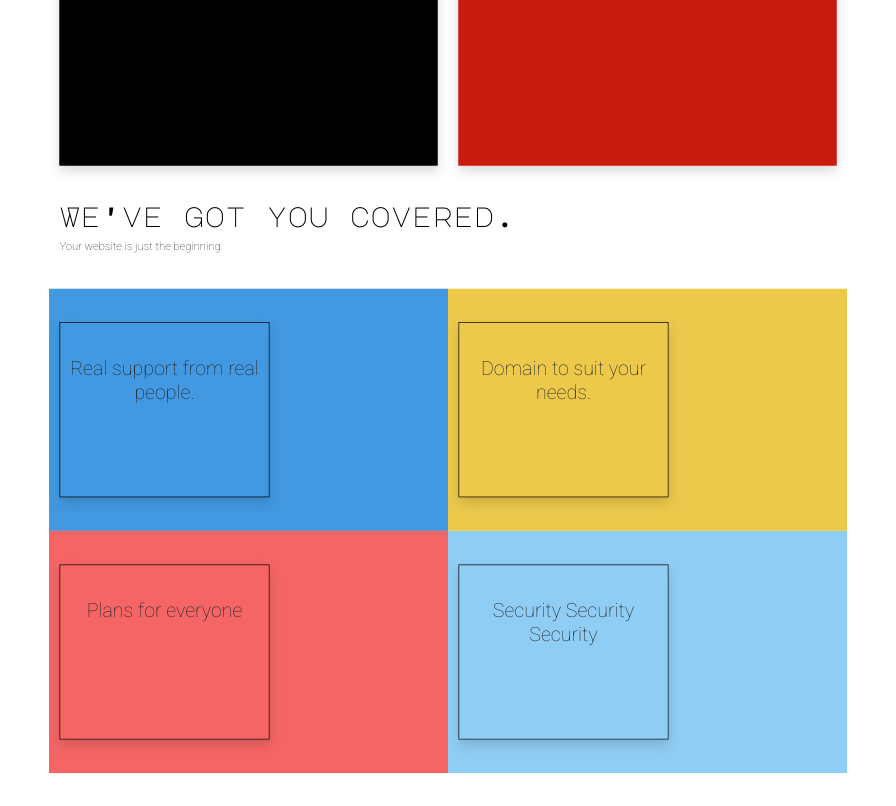
Repository: latenightsnacc/TriSpace
Page: home.html
These files come from the project's save history. The page is drawn as it stood at one moment and after the next save; the edit follows.
The browser window is 1280 px wide. The pictures show the part of the page from y = 2969 to 4889 px (the page is 4121 px tall before and 4889 px after), at 70% of full size.
The style sheet was rebuilt from its Sass, Less or Tailwind sources for each picture, by a compiler version that may differ from the author's.

Above is the page before, as saved 2020-11-20 10:08:09.

### home.html
<!DOCTYPE html>
<html lang="en">
<head>
    <meta charset="UTF-8">
    <meta name="viewport" content="width=device-width, initial-scale=1.0">
    <!--Tailwind CDN-->
    <link rel="stylesheet" href="https://cdnjs.cloudflare.com/ajax/libs/tailwindcss/1.9.6/base.min.css" integrity="sha512-hEjkvMSM0ql6VJcNK0gTmjt9ar8F2yHeBUbJKtyvQhkkbGMhiJ4+MaiB8XxsthLAHJx5vy2I9dN0un8HiWG2LA==" crossorigin="anonymous" />
    <link rel="stylesheet" href="https://cdnjs.cloudflare.com/ajax/libs/tailwindcss/1.9.6/components.min.css" integrity="sha512-TizAONqhvXjEfRPhptSUkZNVU497PzAnXNGNUoeOjeni4dHpJ+ak+ZsyoGna20LH/yg1PvdufN1VbnVQeVDftg==" crossorigin="anonymous" />
    <link rel="stylesheet" href="https://cdnjs.cloudflare.com/ajax/libs/tailwindcss/1.9.6/tailwind.css" integrity="sha512-HY1FOTeAX9idUBWDhVDrBg8QUHBisKVQ4BCVj1jFo5z76mk87w4Rr5YGP8nBkcGmoMzqYvdeXHMOg/olF45z3g==" crossorigin="anonymous" />
    <link rel="stylesheet" href="https://cdnjs.cloudflare.com/ajax/libs/tailwindcss/1.9.6/utilities.min.css" integrity="sha512-0QJfuLKyYJWGB5hKArJW67xqMLDlR8YaLM/ZuW2mRn4NRwHNsGm7UuREc5Fu7jONHyewPKnGODY0N8G+FQbfxg==" crossorigin="anonymous" />
    <!--Bootstrap CDN-->
    <link rel="stylesheet" href="https://cdn.jsdelivr.net/npm/bootstrap@4.5.3/dist/css/bootstrap.min.css" integrity="sha384-TX8t27EcRE3e/ihU7zmQxVncDAy5uIKz4rEkgIXeMed4M0jlfIDPvg6uqKI2xXr2" crossorigin="anonymous">
    <!--Custom Stylesheet-->
    <link rel="stylesheet" href="styles/stylesheet.css">
    <!--Favicon-->
    <link rel="shortcut icon" href="assets/Logo/TriSpaceIcon.png" type="image/x-icon">
    <title>Home</title>
</head>
<body>
    <!--Wrapper-->
    <div class="wrapper mx-auto">
        <!--Navbar-->
        <nav class="navbar navbar-expand-lg navbar-light fixed-top p-3 mb-5 bg-white rounded" id="navbar">
            <div class="container align-middle">
                <a class="navbar-brand" href="index.html">
                    <img src="assets/Logo/TriSpaceMobileLogo1.png" alt="TriSpace Logo" height="40px" width="70px"/>
                </a>
                <button class="navbar-toggler" type="button" data-toggle="collapse" data-target="#navbarNavDropdown" aria-controls="navbarNavDropdown" aria-expanded="false" aria-label="Toggle navigation">
                <span class="navbar-toggler-icon"></span>
                </button>
                <div class="collapse navbar-collapse" id="navbarNavDropdown">
                <ul class="navbar-nav nav-menu ml-auto align-middle">
                    <li class="nav-item active mr-3">
                    <a class="nav-link" href="index.html">Home</a>
                    </li>
                    <li class="nav-item dropdown mr-3">
                        <a class="nav-link dropdown-toggle" href="products.html" id="navbarDropdownMenuLink" role="button" data-toggle="dropdown" aria-haspopup="true" aria-expanded="false">
                        Products
                        </a>
                        <div class="dropdown-menu" aria-labelledby="navbarDropdownMenuLink">
                        <a class="dropdown-item" href="#">Blog</a>
                        <a class="dropdown-item" href="#">Website</a>
                        <a class="dropdown-item" href="#">E-commerce</a>
                        <a class="dropdown-item" href="#">Domain</a>
                        <a class="dropdown-item" href="#">Hosting</a>
                        </div>
                    </li>
                    <li class="nav-item mr-3">
                    <a class="nav-link" href="pricing.html">Pricing</a>
                    </li>
                    <li class="nav-item mr-3">
                        <a class="nav-link" href="#">Login</a>
                    </li>
                    <li class="nav-item mr-3">
                        <a class="nav-link btn blue text-white px-4 py-3 hover:shadow-2xl" href="#">Get Started</a>
                    </li>
                </ul>
                </div>
            </div>
        </nav>
        <!-- End of Navbar-->

        <!--Banner-->
        <div class="min-h-screen  mt-5" id="banner">
            <div class="container">
                <div class="row pt-5">
                    <!--Banner Text-->
                    <div class="col-xs-12 col-s-12 col-md-6 col-lg-6 col-xl-6">
                        <div class="text-box banner-txt">
                            <h1 class="">Grow your business.<br/> Anywhere, anytime.</h1>
                            <h5 class="span-title py-3 text-2l">Get started for free on TriSpace</h5>
                            <button class="bg-black hover:bg-blue-500 text-white font-bold py-3 px-5 rounded">Start</button>
                        </div>
                    </div>
                    <!--Banner Image-->
                    <div class="col-xs-12 col-s-12 col-md-6 col-lg-6 col-xl-6">
                        <a href="#">
                            <img class="banner-img" src="" alt="banner image"/>
                        </a>
                    </div>
                </div>
            </div>
        </div>
        <!--End of Banner-->

        <!--Services-->
        <div class="min-h-screen mt-5 mb-5" id="services">
            <div class="container">
                <div class="absolute-box">
                    <div class="title-box text-center mb-5">
                        <h2 class="section-title pb-5">Start <span class="section-title">website. </span><span class="color">Sell your products.</span><br/><span class="color">Start a blog.</span> </h2>
                    </div>
                    <div class="images">
                        <div class="img-1 ">
                            <a href="#">
                                <img src="assets/Template-1.jpg" alt="Build a website" />
                            </a>
                        </div>
                        <div class="img-2 motion-reduce:animate-bounce">
                            <a href="#">
                                <img src="assets/Template-1.jpg" alt="Build a website" />
                            </a>
                        </div>
                        <div class="img-3">
                            <a href="#">
                                <img src="assets/Template-1.jpg" alt="Build a website" />
                            </a>
                        </div>
                    </div>
                </div>
            </div>
        </div>
        <!--End of Services-->

         <!--Responsive Design-->
        <div class="min-h-screen mt-5 mb-5" id="themes">
            <div class="container">
                <div class="title-box">
                    <h2 class="section-title">Stand Out <span class="text-4xl span-title">with our responsive professionally designed themes.</h2>
                </div>
                <div class="row">
                    <div class="col-xs-12 col-s-12 col-md-6 col-lg-4 col-xl-4">
                        <div class="clear-box"></div>
                    </div>
                    <div class="col-xs-12 col-s-12 col-md-6 col-lg-4 col-xl-4">
                        <div class="clear-box"></div>
                    </div>
                    <div class="col-xs-12 col-s-12 col-md-6 col-lg-4 col-xl-4">
                        <div class="clear-box"></div>
                    </div>
                    <div class="col-xs-12 col-s-12 col-md-6 col-lg-4 col-xl-4 mt-5">
                        <div class="clear-box"></div>
                    </div>
                    <div class="col-xs-12 col-s-12 col-md-6 col-lg-4 col-xl-4 mt-5">
                        <div class="clear-box"></div>
                    </div>
                    <div class="col-xs-12 col-s-12 col-md-6 col-lg-4 col-xl-4 mt-5">
                        <div class="clear-box"></div>
                    </div>
                </div>
            </div>
        </div>
        <!--End of R.D-->

        <!--Templates-->
        <div class="min-h-screen mt-5 mb-5" id="templates">
            <div class="container">
                <div class="title-box mb-5">
                    <h2 class="section-title">Create Simply </h2>
                    <h4 class="section-title">Build any kind of website</h4>
                    <p class="span-title">No code, no limits, no stress.</p>
                </div>
                <div class="row">
                    <div class="col-xs-12 col-s-12 col-md-6 col-lg-6 col-xl-6">
                        <div id="clr1" class="text-center mt-5">
                        </div>
                    </div>
                    <div class="col-xs-12 col-s-12 col-md-6 col-lg-6 col-xl-6">
                        <div class="row flex-wrap">
                            <div class="col-xs-12 col-s-12 col-md-12 col-lg-12 col-xl-12">
                                <div id="clr2" class="mt-5">

                                </div>
                            </div>
                            <div class="col-xs-12 col-s-12 col-md-12 col-lg-12 col-xl-12">
                                <div id="clr3">

                                </div>
                            </div>
                        </div>
                    </div>
                </div>
            </div>
        </div>
        <!--End of Templates-->

        <!--Why TriSpace-->
        <div class="min-h-screen mt-5 mb-5" id="services">
            <div class="container">
                <div class="title-box mb-5">
                    <h2 class="section-title">We've got you covered.</h2>
                    <p>Your website is just the beginning.</p>
                </div>
                <div class="row">
                    <div class="col-xs-12 col-s-12 col-md-6 col-lg-6 col-xl-6 bg-blue-500">
                        <div class="clear-box mt-5 mb-5">
                            <h3 class="text-center pt-5">Real support from real people.</h3>
                        </div>
                    </div>
                    <div class="col-xs-12 col-s-12 col-md-6 col-lg-6 col-xl-6 bg-yellow-500">
                        <div class="clear-box mt-5 mb-5">
                            <h3 class="text-center pt-5">Domain to suit your needs.</h3>
                        </div>
                    </div>
                    <div class="col-xs-12 col-s-12 col-md-6 col-lg-6 col-xl-6 bg-red-500">
                        <div class="clear-box mt-5 mb-5">
                            <h3 class="text-center pt-5">Plans for everyone</h3>
                        </div>
                    </div>
                    <div class="col-xs-12 col-s-12 col-md-6 col-lg-6 col-xl-6 bg-blue-300">
                        <div class="clear-box mt-5 mb-5">
                            <h3 class="text-center pt-5">Security Security Security</h3>
                        </div>
                    </div>
                </div>
            </div>
        </div>
        <!--End of Why TriSpace-->


    </div>
    <!--Bootstrap Scripts-->
    <script src="https://code.jquery.com/jquery-3.5.1.slim.min.js" integrity="sha384-DfXdz2htPH0lsSSs5nCTpuj/zy4C+OGpamoFVy38MVBnE+IbbVYUew+OrCXaRkfj" crossorigin="anonymous"></script>
    <script src="https://cdn.jsdelivr.net/npm/popper.js@1.16.1/dist/umd/popper.min.js" integrity="sha384-9/reFTGAW83EW2RDu2S0VKaIzap3H66lZH81PoYlFhbGU+6BZp6G7niu735Sk7lN" crossorigin="anonymous"></script>
    <script src="https://cdn.jsdelivr.net/npm/bootstrap@4.5.3/dist/js/bootstrap.min.js" integrity="sha384-w1Q4orYjBQndcko6MimVbzY0tgp4pWB4lZ7lr30WKz0vr/aWKhXdBNmNb5D92v7s" crossorigin="anonymous"></script>
    <script src="js/main.js"></script>
</body>

### js/main.js
var position = $(window).scrollTop();
// $(".logo-mobile").hide();
// $('.logo-web').attr('src', "assets/Logo/ceelesslogoblack2.png").width('170px');
// should start at 0

$(window).scroll(function() {
    var scroll = $(window).scrollTop();

    // if( scroll > position ){
    //     $('.navbar').addClass('bg-light');
    //     $(".logo-web").fadeOut('slow');
    //     $(".logo-mobile").fadeIn('slow');
    // } else {
    //     $('.navbar').removeClass('bg-light');
    //     $(".logo-web").show();
    //     $(".logo-mobile").hide();
    // }

    if( scroll > position ){
        $('.navbar').removeClass('bg-transparent');
        $('.navbar').addClass('shadow-lg bg-white');
        // $('.logo-web').attr('src', "assets/Logo/ceeiconblack.png").height('25px').width('auto').addClass('fade-in');
    } else {
        $('.navbar').removeClass('shadow-lg bg-white');
        $('.navbar').addClass('bg-transparent');


    }
    // position = scroll;
});

### styles/stylesheet.scss
@import'variables';

*{
    box-sizing: border-box;
    margin: 0;
    padding: 0;
    text-decoration: none;
    list-style: none;
    font-family: $font3;
    button {
        outline: none;
    }
    a {
        text-decoration: none;
        &:hover {
            text-decoration: none;
        }
    }

    button {
        font-family: $font3;
    }
}

.navbar-light .navbar-nav .active>.nav-link, .navbar-light .navbar-nav .nav-link.active, .navbar-light .navbar-nav .nav-link.show, .navbar-light .navbar-nav .show>.nav-link, .nav-link, .dropdown-item {
    color: $blue !important;
    font-weight: 500;
    font-size: 17px;

    &:hover {
        text-transform: uppercase;


    }
}
a.btn {
    color: white !important;
    padding: 10px 40px;
    font-weight: bold;
    &:hover {
        text-transform: capitalize;
    }

}
// section#banner {
//     background: url('/HTML/assets/WaLine.png') ;
//     background-size: contain;
//     background-repeat: no-repeat;
//     background-position: center;
// }
.banner-txt {
    h1 {
        font-size: 54px;
        color: $blue;
        font-family: $font;
    }

}
img.banner-img {
    width: 400px;
    height: 500px;
}
.text-box {
    display: flex;
    flex-direction: column;
    height: 100%;
    justify-content: center;
    align-items: flex-start;
}
.section-title, span.color {
    font-size: 40px;
    font-family: $font2;
    color: $blue;

}
.span-title {
    font-family: $font3;
    font-size: 30px;
    color: $blue;
}
.absolute-box {
    position: relative;
    .images {
        position: absolute;
        width: 100%;
        height: 100%;

        img {
            width: 300px;
            height: 350px;
        }

        .img-1 {
            position: absolute;
            top: -30px;
            left: 0px;

        }
        .img-2 {
            position: absolute;
            top: 40px;
            left: 400px;

        }
        .img-3 {
            position: absolute;
            top: -30px;
            right: 0px;

        }
    }
}
#clr1 {
    background-color: $blue;
    width: 100%;
    height: 600px;
    border: 1px solid $blue;
    box-shadow: 0 .5rem 1rem rgba(0,0,0,.15)!important;
}
#clr2 {
    background-color: $yellow;
    width: 100%;
    height: 300px;
    border: 1px solid $yellow;
    margin-bottom: 30px;
    box-shadow: 0 .5rem 1rem rgba(0,0,0,.15)!important;
}
#clr3 {
    background-color: $red;
    width: 100%;
    height: 270px;
    border: 1px solid $red;
    box-shadow: 0 .5rem 1rem rgba(0,0,0,.15)!important;
}
.clear-box {
    width: 300px;
    height: 250px;
    border: 1px solid $blue;
    box-shadow: 0 .5rem 1rem rgba(0,0,0,.15)!important;
}

.price-card {
    border: 1px solid $blue;
    &:hover {
        border: 2px solid $blue;
        transition: all border 1000ms ease-in ;
    }
}

.wavy {
    position: relative;
    background: $blue;
    width: 100%;
    overflow: hidden;

}

#topcurve {
    position: absolute;
    bottom: 0;
    width: 100%;
}

#topcurve path {
    fill: $yellow;
}
.blue {
    background-color: $blue;
    color: $primary;
}
section.wave {
    width: 100%;
    min-height: 200px;
}
.wave {
    position: relative;
    // background: $blue;
    &::before {
        content: '';
        position: absolute;
        bottom: 0;
        left: 0;
        width: 100%;
        height: 100px;

    }

}

### styles/_variables.scss
@import url('https://fonts.googleapis.com/css2?family=Chewy&display=swap');
@import url('https://fonts.googleapis.com/css2?family=Major+Mono+Display&display=swap');
@import url('https://fonts.googleapis.com/css2?family=Roboto:wght@100&display=swap');
$font: -apple-system, BlinkMacSystemFont, 'Segoe UI', Roboto, Oxygen, Ubuntu, Cantarell, 'Open Sans', 'Helvetica Neue', sans-serif;
$FONT1: 'Chewy', cursive;
$font2: 'Major Mono Display', monospace;
$font3: 'Roboto', sans-serif;
$primary: #fff;
$darkB: #02081d;
$lightB: #cce1ea;
//$blue: #0263e4;
$blue: black;
$red: #ca1b11;
$yellow : yellow;
$dB: #081a5a;

After the next save:
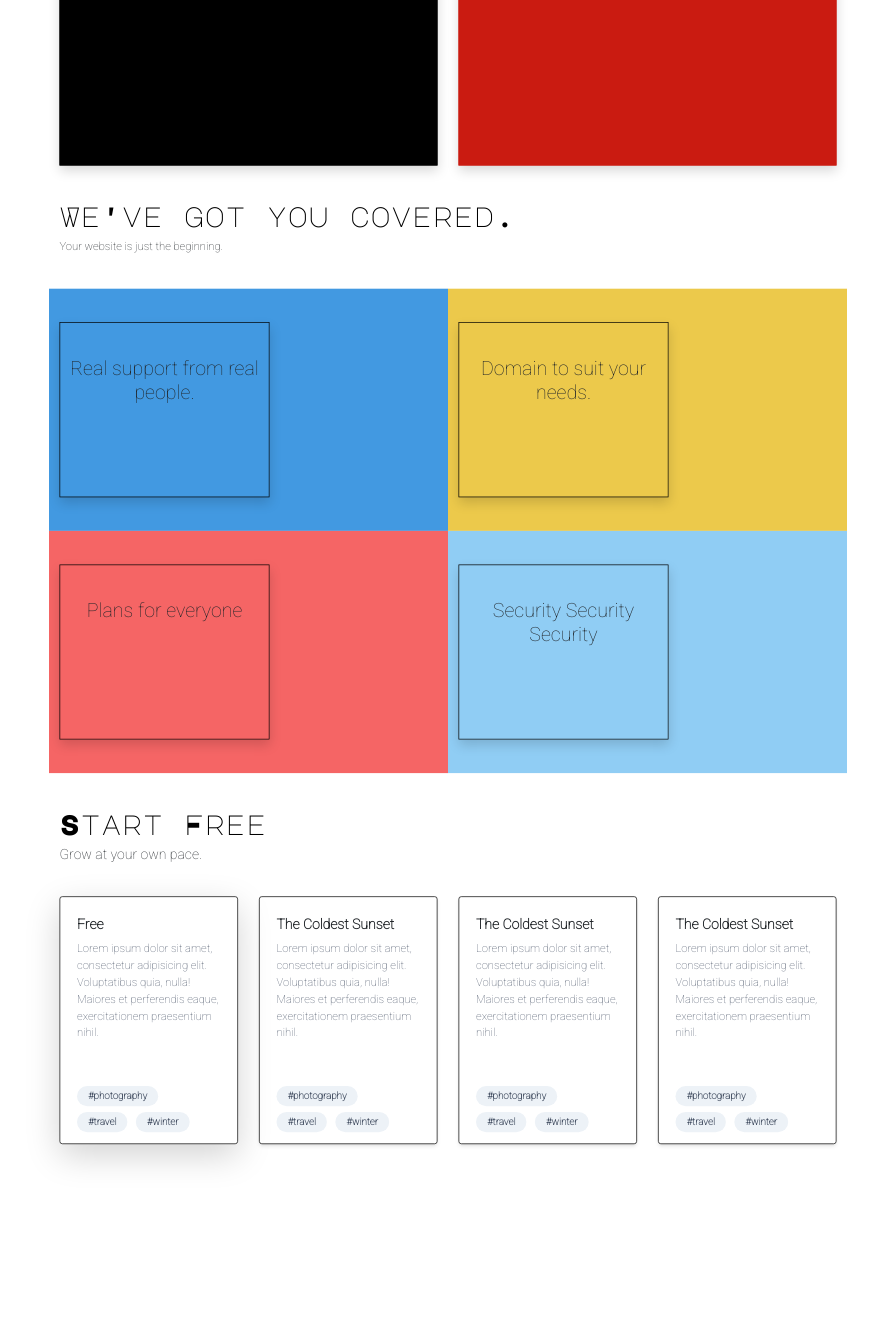
Saved 23 s later.
--- a/home.html
+++ b/home.html
@@ -207,7 +207,78 @@
         </div>
         <!--End of Why TriSpace-->
 
-
+        <!--Pricing-->
+        <div class="min-h-screen mb-5 " id="pricing">
+            <div class="container">
+                <div class="title-box mb-5">
+                    <h2 class="section-title">Start Free </h2>
+                    <h5> Grow at your own pace.</h5>
+                </div>
+                <div class="row">
+                    <div class="col-xs-12 col-s-12 col-md-3 col-lg-3 col-xl-3">
+                        <div class="max-w-sm rounded overflow-hidden shadow-lg mb-5 border-2 border-blue-400 price-card">
+                            <div class="px-6 py-4">
+                            <div class="font-bold text-xl mb-2">Free</div>
+                            <p class="text-gray-700 text-base">
+                                Lorem ipsum dolor sit amet, consectetur adipisicing elit. Voluptatibus quia, nulla! Maiores et perferendis eaque, exercitationem praesentium nihil.
+                            </p>
+                            </div>
+                            <div class="px-6 pt-4 pb-2">
+                            <span class="inline-block bg-gray-200 rounded-full px-3 py-1 text-sm font-semibold text-gray-700 mr-2 mb-2">#photography</span>
+                            <span class="inline-block bg-gray-200 rounded-full px-3 py-1 text-sm font-semibold text-gray-700 mr-2 mb-2">#travel</span>
+                            <span class="inline-block bg-gray-200 rounded-full px-3 py-1 text-sm font-semibold text-gray-700 mr-2 mb-2">#winter</span>
+                            </div>
+                        </div>
+                    </div>
+                    <div class="col-xs-12 col-s-12 col-md-3 col-lg-3 col-xl-3">
+                        <div class="max-w-sm rounded overflow-hidden shadow-md mb-5 border-2 border-blue-400 price-card transition ease-out duration-700 ...">
+                            <div class="px-6 py-4">
+                            <div class="font-bold text-xl mb-2">The Coldest Sunset</div>
+                            <p class="text-gray-700 text-base">
+                                Lorem ipsum dolor sit amet, consectetur adipisicing elit. Voluptatibus quia, nulla! Maiores et perferendis eaque, exercitationem praesentium nihil.
+                            </p>
+                            </div>
+                            <div class="px-6 pt-4 pb-2">
+                            <span class="inline-block bg-gray-200 rounded-full px-3 py-1 text-sm font-semibold text-gray-700 mr-2 mb-2">#photography</span>
+                            <span class="inline-block bg-gray-200 rounded-full px-3 py-1 text-sm font-semibold text-gray-700 mr-2 mb-2">#travel</span>
+                            <span class="inline-block bg-gray-200 rounded-full px-3 py-1 text-sm font-semibold text-gray-700 mr-2 mb-2">#winter</span>
+                            </div>
+                        </div>
+                    </div>
+                    <div class="col-xs-12 col-s-12 col-md-3 col-lg-3 col-xl-3">
+                        <div class="max-w-sm rounded overflow-hidden shadow-md mb-5 border-2 border-blue-400 price-card" >
+                            <div class="px-6 py-4">
+                            <div class="font-bold text-xl mb-2">The Coldest Sunset</div>
+                            <p class="text-gray-700 text-base">
+                                Lorem ipsum dolor sit amet, consectetur adipisicing elit. Voluptatibus quia, nulla! Maiores et perferendis eaque, exercitationem praesentium nihil.
+                            </p>
+                            </div>
+                            <div class="px-6 pt-4 pb-2">
+                            <span class="inline-block bg-gray-200 rounded-full px-3 py-1 text-sm font-semibold text-gray-700 mr-2 mb-2">#photography</span>
+                            <span class="inline-block bg-gray-200 rounded-full px-3 py-1 text-sm font-semibold text-gray-700 mr-2 mb-2">#travel</span>
+                            <span class="inline-block bg-gray-200 rounded-full px-3 py-1 text-sm font-semibold text-gray-700 mr-2 mb-2">#winter</span>
+                            </div>
+                        </div>
+                    </div>
+                    <div class="col-xs-12 col-s-12 col-md-3 col-lg-3 col-xl-3">
+                        <div class="max-w-sm rounded overflow-hidden shadow-md price-card">
+                            <div class="px-6 py-4">
+                            <div class="font-bold text-xl mb-2">The Coldest Sunset</div>
+                            <p class="text-gray-700 text-base">
+                                Lorem ipsum dolor sit amet, consectetur adipisicing elit. Voluptatibus quia, nulla! Maiores et perferendis eaque, exercitationem praesentium nihil.
+                            </p>
+                            </div>
+                            <div class="px-6 pt-4 pb-2">
+                            <span class="inline-block bg-gray-200 rounded-full px-3 py-1 text-sm font-semibold text-gray-700 mr-2 mb-2">#photography</span>
+                            <span class="inline-block bg-gray-200 rounded-full px-3 py-1 text-sm font-semibold text-gray-700 mr-2 mb-2">#travel</span>
+                            <span class="inline-block bg-gray-200 rounded-full px-3 py-1 text-sm font-semibold text-gray-700 mr-2 mb-2">#winter</span>
+                            </div>
+                        </div>
+                    </div>
+                </div>
+            </div>
+        </div>
+        <!--End of Pricing-->
     </div>
     <!--Bootstrap Scripts-->
     <script src="https://code.jquery.com/jquery-3.5.1.slim.min.js" integrity="sha384-DfXdz2htPH0lsSSs5nCTpuj/zy4C+OGpamoFVy38MVBnE+IbbVYUew+OrCXaRkfj" crossorigin="anonymous"></script>
